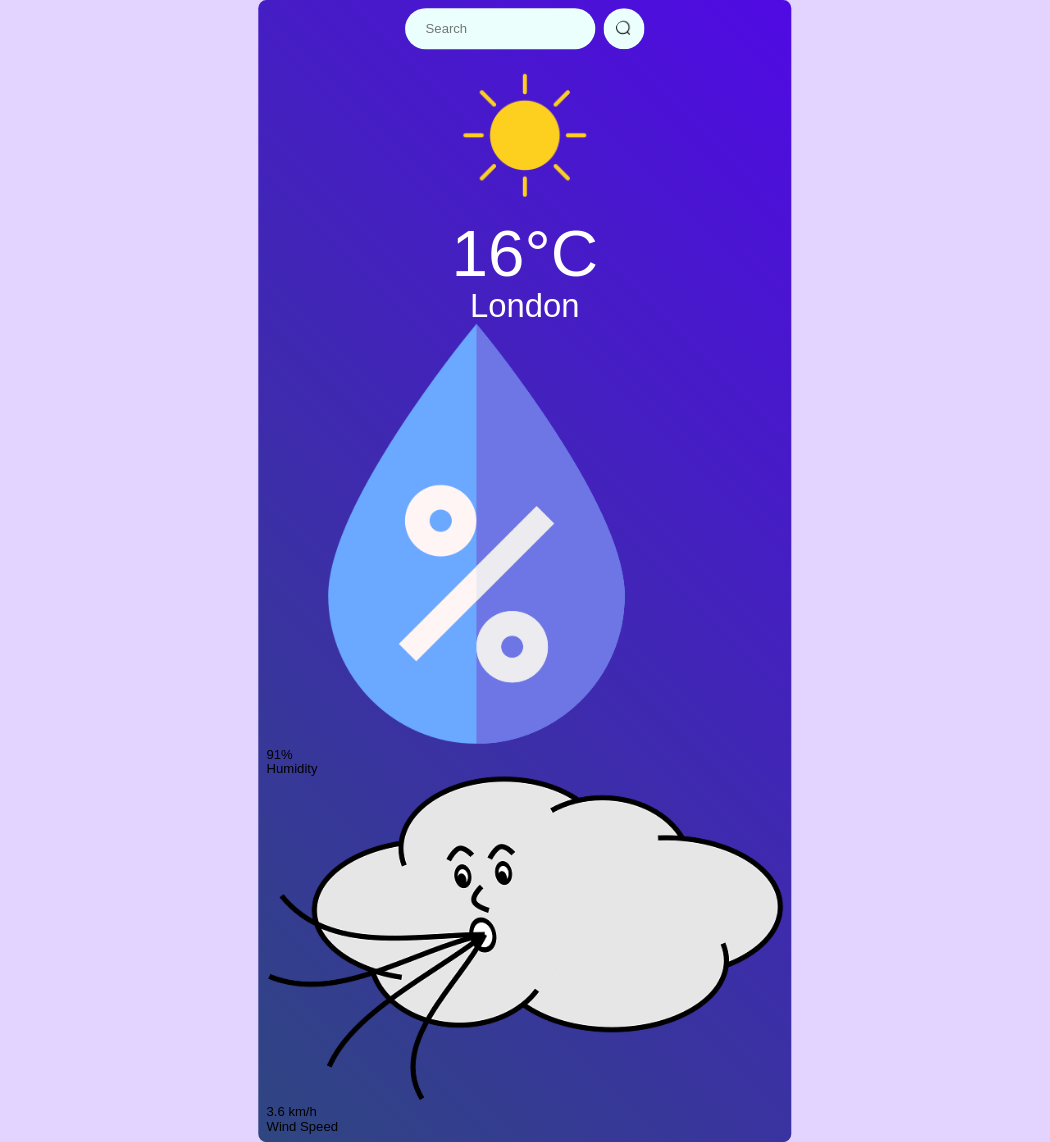
Repository: wakoya-tech/wheather-app
Page: /
These files come from the project's save history. The page is drawn as it stood at one moment and after the next save; the edit follows.
The browser window is 1280 px wide. The pictures show the whole page, at 82% of full size.
The project was rebuilt for these pictures with package versions that can differ from the ones it lists, and the page was loaded fresh each time. Also part of the build but not shown: vite.config.js, src/App.css.

Above is the page before, as saved 2025-10-18 21:14:12.

After the next save:
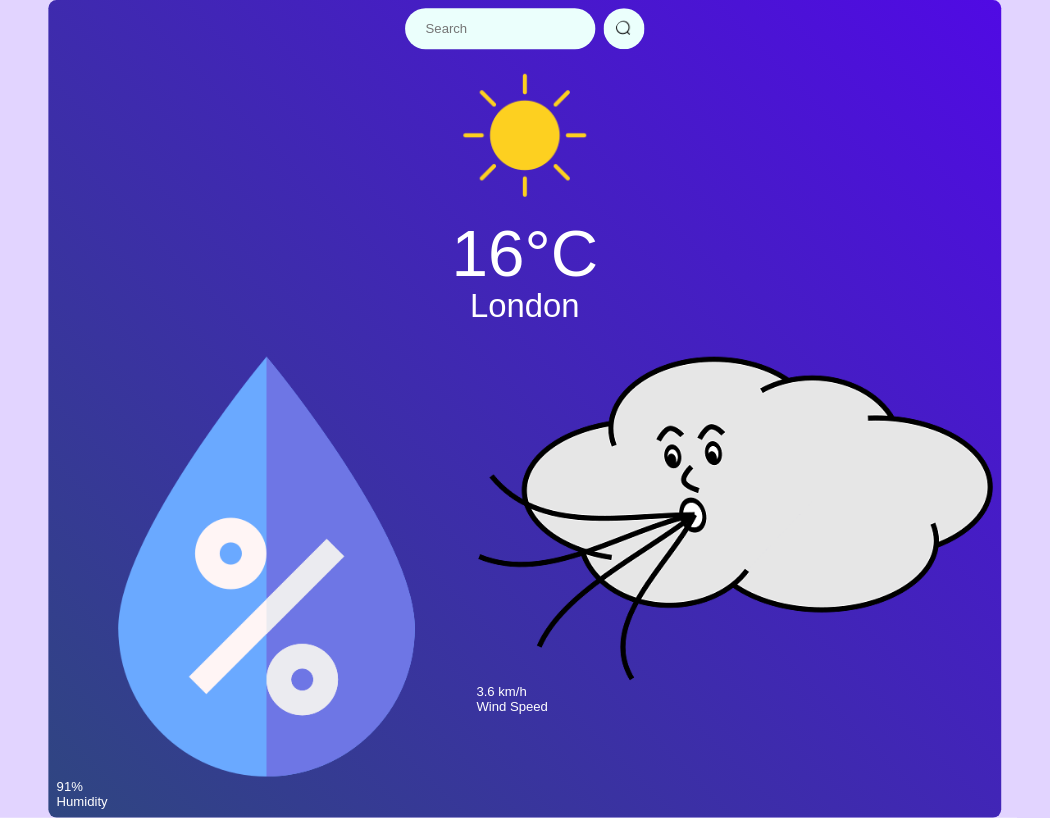
Saved 5 min 9 s later.
--- a/src/Components/Weather.css
+++ b/src/Components/Weather.css
@@ -44,4 +44,7 @@ align-items: center;
 }
 .weather-data{
     width: 100%;
+    margin-top: 40px;
+    color: #fff;
+    display: flex;
 }
